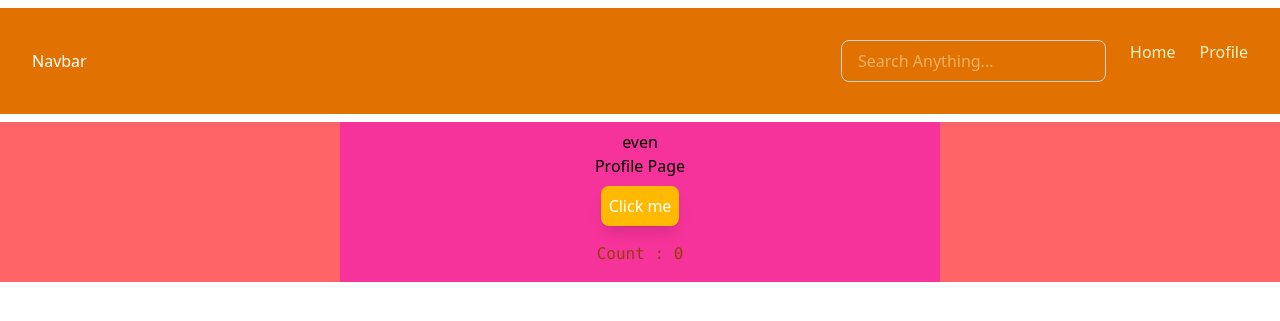
Repository: samit2059/CollegeReact
Page: / (app in react/collegereact/)
These files come from the project's save history. The page is drawn as it stood at one moment and after a run of saves; the edit follows.
The browser window is 1280 px wide. The pictures show the whole page.
The project was rebuilt for these pictures with package versions that can differ from the ones it lists, and the page was loaded fresh each time. Also part of the build but not shown: react/collegereact/vite.config.js, react/collegereact/src/App.jsx, react/collegereact/src/navbar.jsx, react/collegereact/src/Props Example/First.jsx, react/collegereact/src/Props Example/Second.jsx.

Above is the page before, as saved 2026-01-21 11:07:45.

After the next 2 saves:
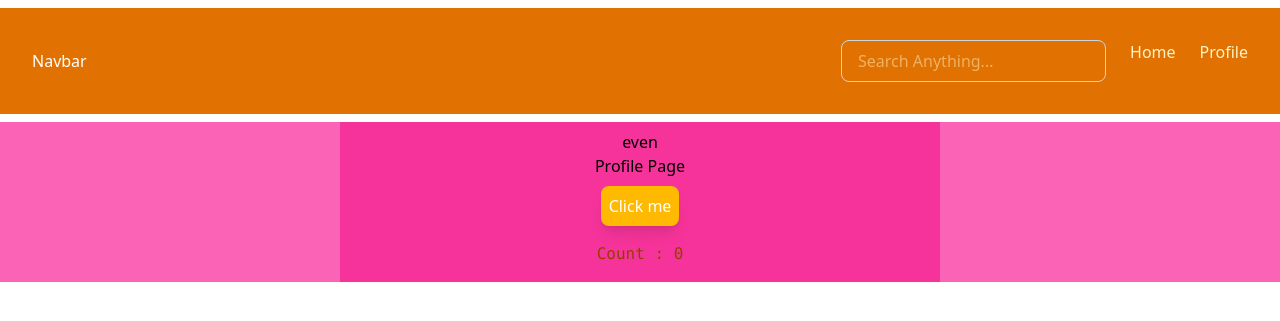
The 2 saves are shown as one change because they came seconds apart.
The last was saved 13 s later.
--- a/react/collegereact/src/StateExamples/profile.jsx
+++ b/react/collegereact/src/StateExamples/profile.jsx
@@ -3,7 +3,7 @@ import { useState } from "react"
 let Profile = () =>{
     const [count, setCount] = useState(0);
     return (
-        <div className="items-center justify-center bg-red-400 text-center flex">
+        <div className="items-center justify-center bg-pink-400 text-center flex">
         <div className="p-2 bg-pink-500 w-[600px] items-center justify-center">
             {count%2 == 0 ? <h2>even</h2> : <h2>ODD</h2>}
             <h1>Profile Page</h1>
